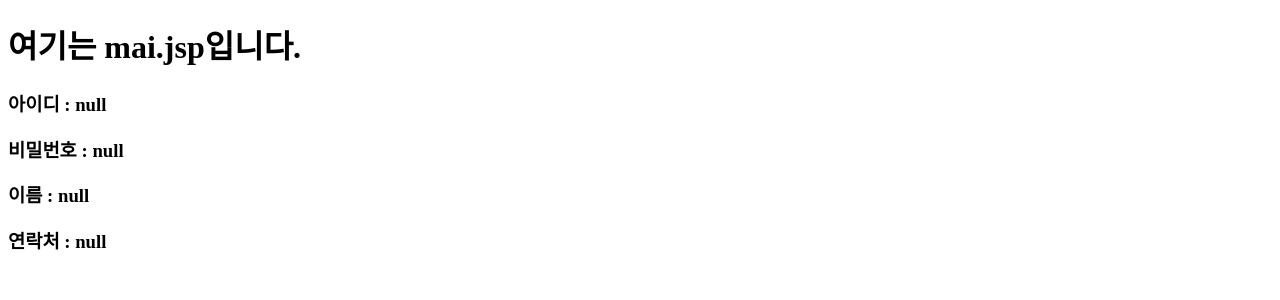
Repository: dychung1021/newrepository
Page: http://localhost/JSP05/main.jsp
These files come from the project's save history. The page is drawn as it stood at one moment and after the next save; the edit follows.
The browser window is 1280 px wide. The pictures show the whole page.
The page is served by Tomcat 9.

Above is the page before, as saved 2024-05-10 04:47:38.

### JSP/JSP05/src/main/webapp/main.jsp
<%@ page language="java" contentType="text/html; charset=utf-8"
    pageEncoding="utf-8"%>
<!DOCTYPE html>
<html>
	<head>
		<meta charset="utf-8">
		<title>메인페이지입니다.</title>
	</head>
	<body>
		<h1> 여기는 mai.jsp입니다.</h1>
		<%
			String user=request.getParameter("id");
			String pass=request.getParameter("pw");
			String user_name=request.getParameter("nm");
			String user_phone=request.getParameter("phone");
		%>
		<h3>아이디 : <%=user %></h3>
		<h3>비밀번호 : <%=pass %></h3>
		<h3>이름 : <% out.print(user_name); %></h3>
		<h3>연락처 : <% out.print(user_phone); %></h3>
	</body>
</html>

After the next save:
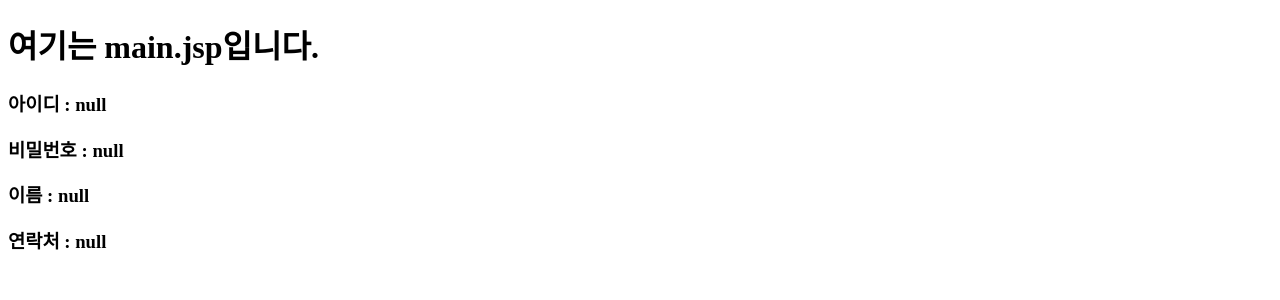
Saved 66 s later.
--- a/JSP/JSP05/src/main/webapp/main.jsp
+++ b/JSP/JSP05/src/main/webapp/main.jsp
@@ -7,7 +7,7 @@
 		<title>메인페이지입니다.</title>
 	</head>
 	<body>
-		<h1> 여기는 mai.jsp입니다.</h1>
+		<h1> 여기는 main.jsp입니다.</h1>
 		<%
 			String user=request.getParameter("id");
 			String pass=request.getParameter("pw");
